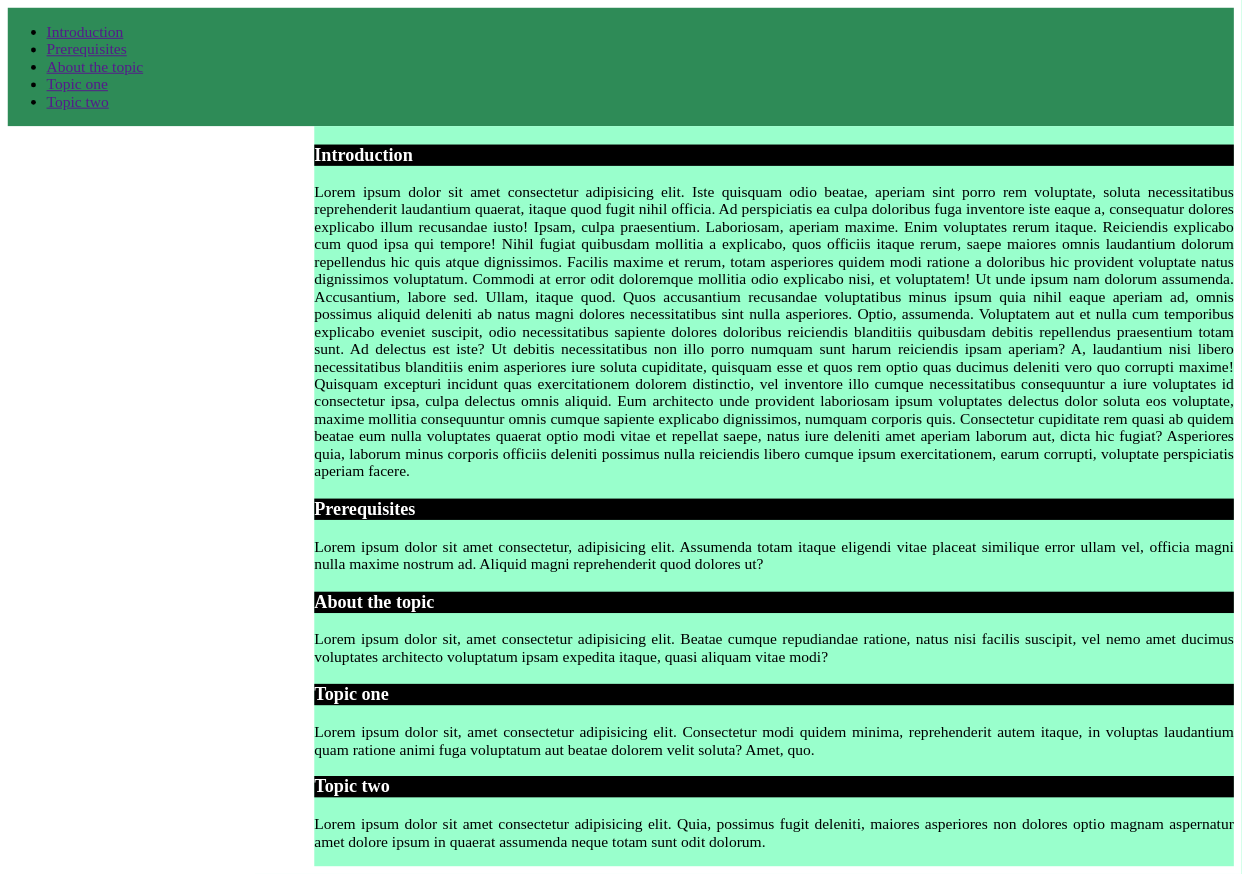
Repository: JoaoLemesDEV/Excercise-Tech-Documentation-Page
Page: index.html
These files come from the project's save history. The page is drawn as it stood at one moment and after the next save; the edit follows.
The browser window is 1280 px wide. The pictures show the whole page, at 97% of full size.

Above is the page before, as saved 2021-10-03 20:59:19.

After the next save:
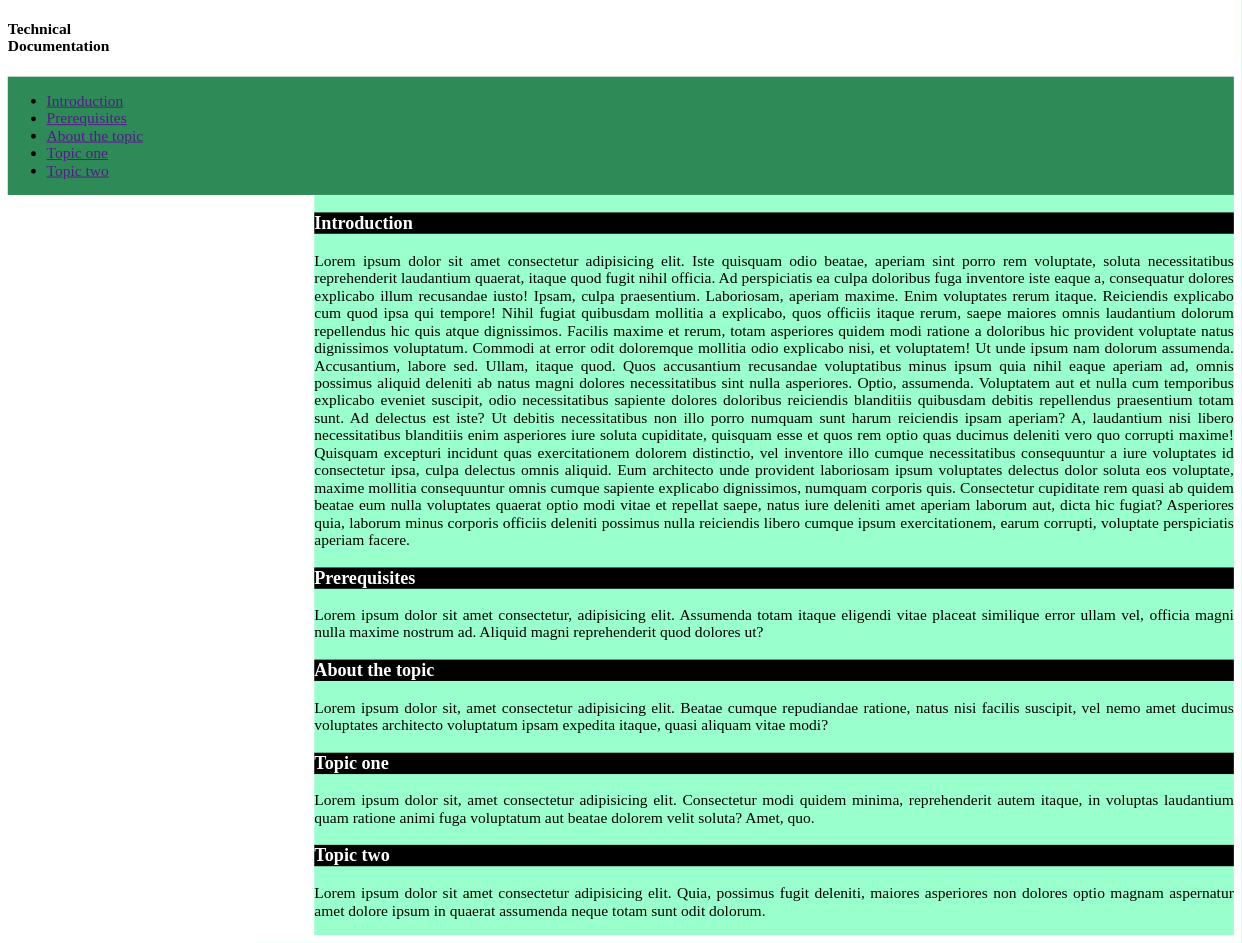
Saved 4 s later.
--- a/index.html
+++ b/index.html
@@ -6,6 +6,7 @@
     <meta name="viewport" content="width=device-width, initial-scale=1.0" />
     <title>Technical Documentaion</title>
     <link rel="stylesheet" href="index.css" />
+    <h4 text-align="left">Technical<br />Documentation</h4>
   </head>
   <body>
     <div class="wrapper">
